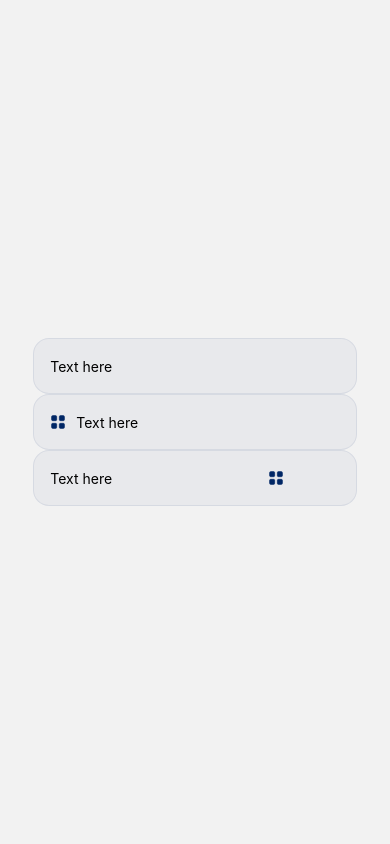
Repository: hungdomanh95/setuptheme
Screen: /
These files come from the project's save history. The screen is drawn as it stood at one moment and after the next save; the edit follows.
The app was drawn by React Native's web renderer in a window 390 px wide. The project was rebuilt for these pictures with package versions that can differ from the ones it lists, and the page was loaded fresh each time. Also part of the build but not shown: src/components/Fade/index.js, src/components/Slide/index.js, src/components/RNBotton/index.js, src/components/RNCheckbox/index.js.

Above is the screen before, as saved 2022-05-17 16:43:32.

After the next save:
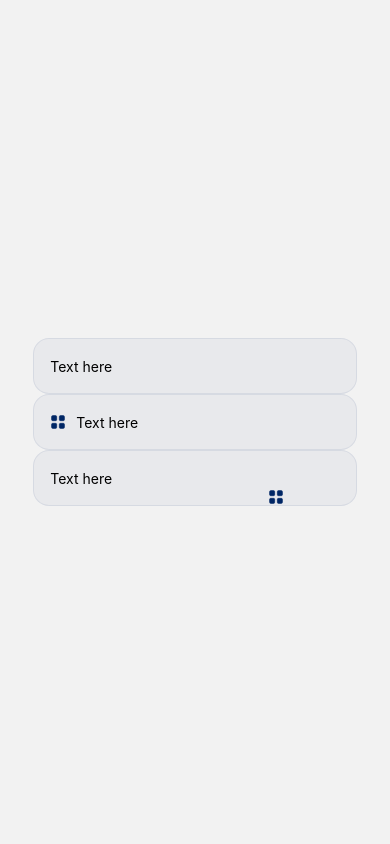
Saved 13 s later.
--- a/src/components/Input/index.js
+++ b/src/components/Input/index.js
@@ -35,5 +35,6 @@
   iconRight:{
     width: SIZE.iconInput,
     height: SIZE.iconInput,
+    alignSelf:"flex-end",
   }
 });

After the 3 saves that followed:
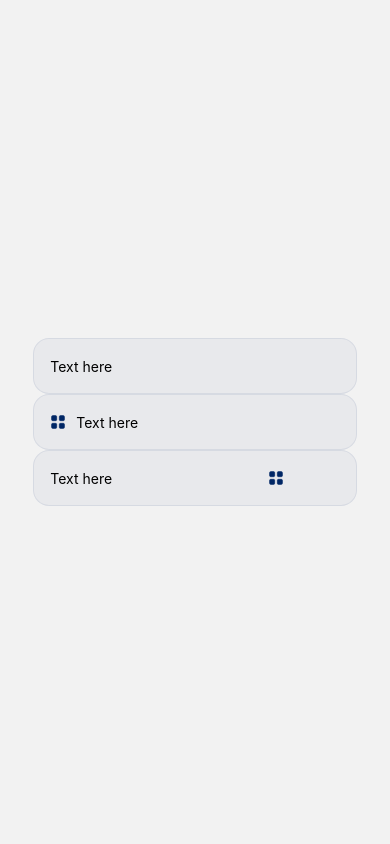
The 3 saves are shown as one change because 2 left the picture as it was.
The last was saved 19 s later.
--- a/src/components/Input/index.js
+++ b/src/components/Input/index.js
@@ -35,6 +35,5 @@
   iconRight:{
     width: SIZE.iconInput,
     height: SIZE.iconInput,
-    alignSelf:"flex-end",
   }
 });
